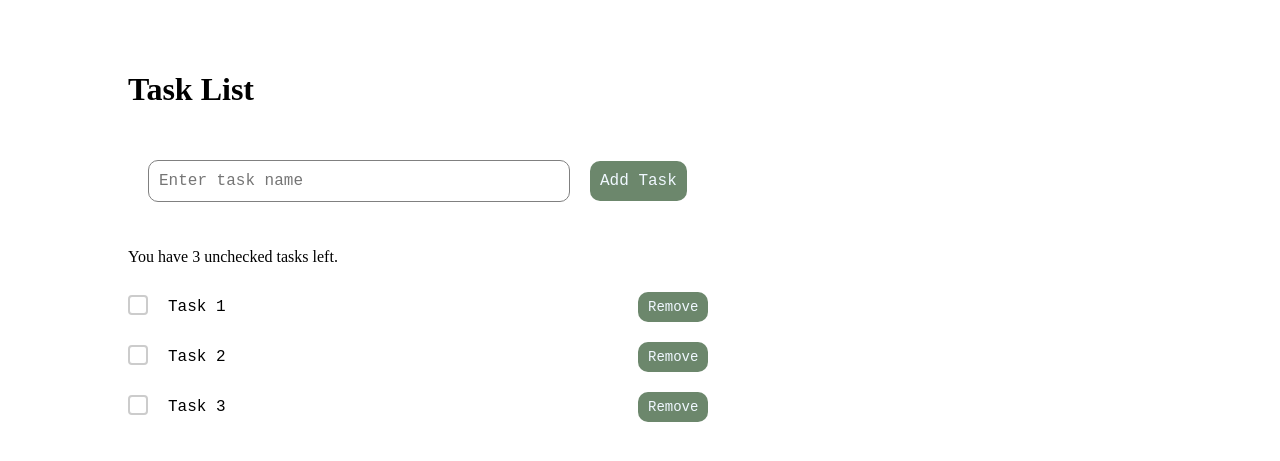
Repository: SandyLy453/task-list
Page: /
The author's editor kept a copy of each file at every save. The page is drawn from the files as they stood at one save, then again after the next save.
The browser window is 1280 px wide. The pictures show the whole page.
The project was rebuilt for these pictures with package versions that can differ from the ones it lists, and the page was loaded fresh each time. Also part of the build but not shown: vite.config.js.

Above is the page before, as saved 2024-10-11 15:39:04.

After the next save:
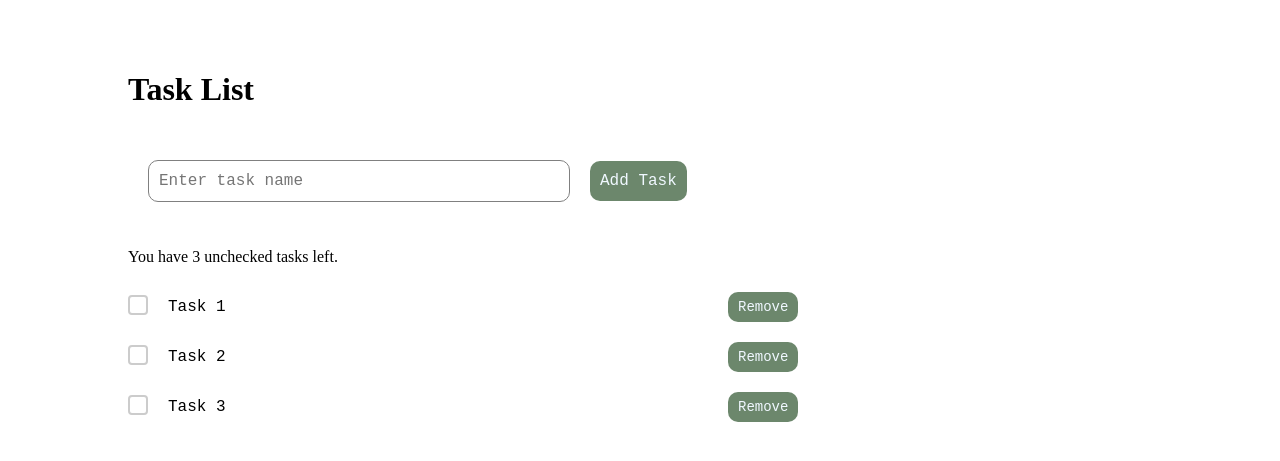
Saved 11 s later.
--- a/src/index.css
+++ b/src/index.css
@@ -70,7 +70,7 @@
 }
 
 .content {
-  width: 450px;
+  width: 540px;
   display: flex;
   word-wrap: normal;
   font-family: monospace;
